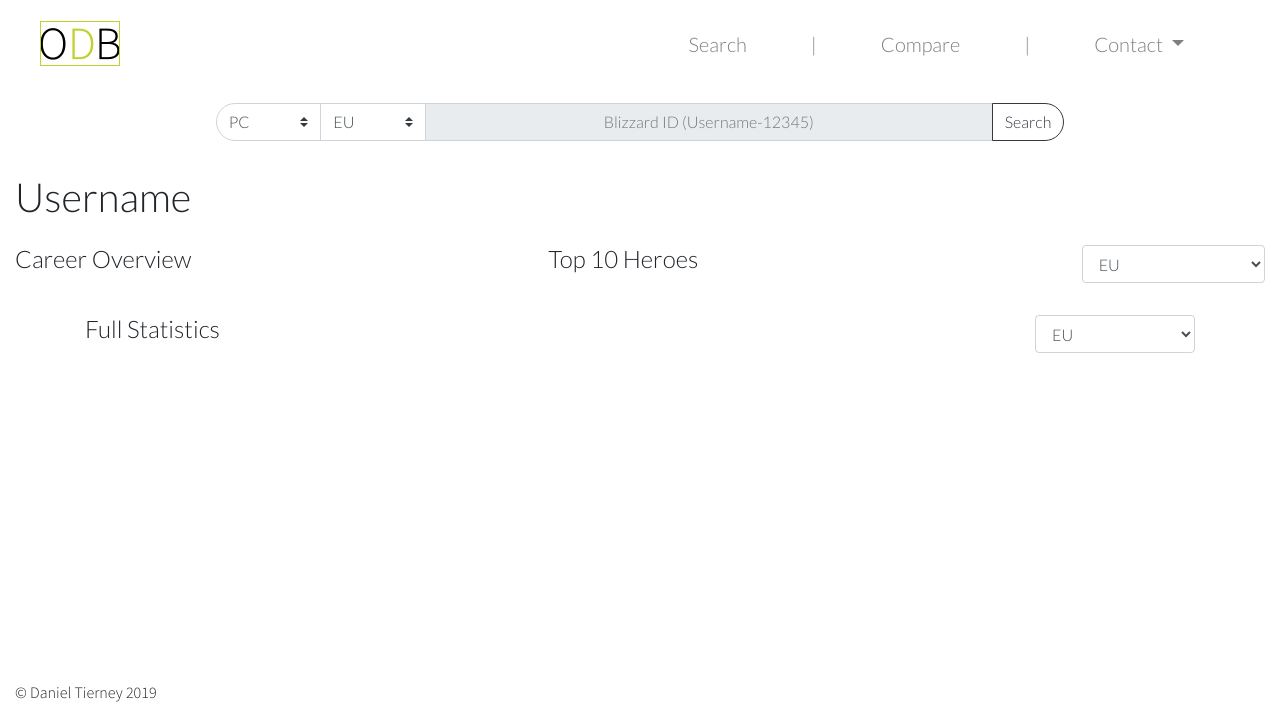
Repository: Cobonkoi/overwatch-dashboard
Page: search.html
The author's editor kept a record of every edit. The page is drawn from the files as they stood at one moment, then again after the next edit.
The browser window is 1280 px wide. The pictures show the whole page.

Above is the page before.

After the next edit:
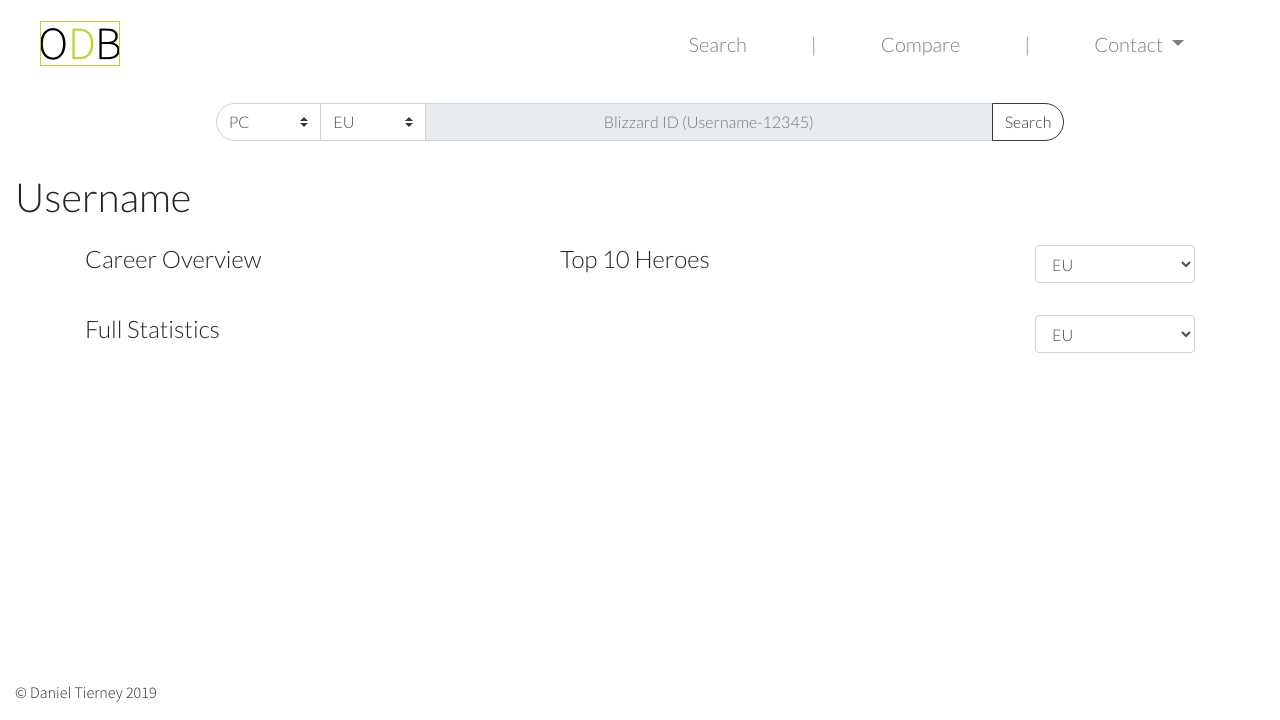
The edit:
--- a/search.html
+++ b/search.html
@@ -118,7 +118,7 @@
     <!-- /HEADER -->
 
     <!-- CAREER OVERVIEW -->
-    <div class="container-fluid career-overview-container">
+    <div class="container career-overview-container">
         <div class="row">
             <div class="col-5 mb-3">
                 <h4 class="" id="">Career Overview</h4>
